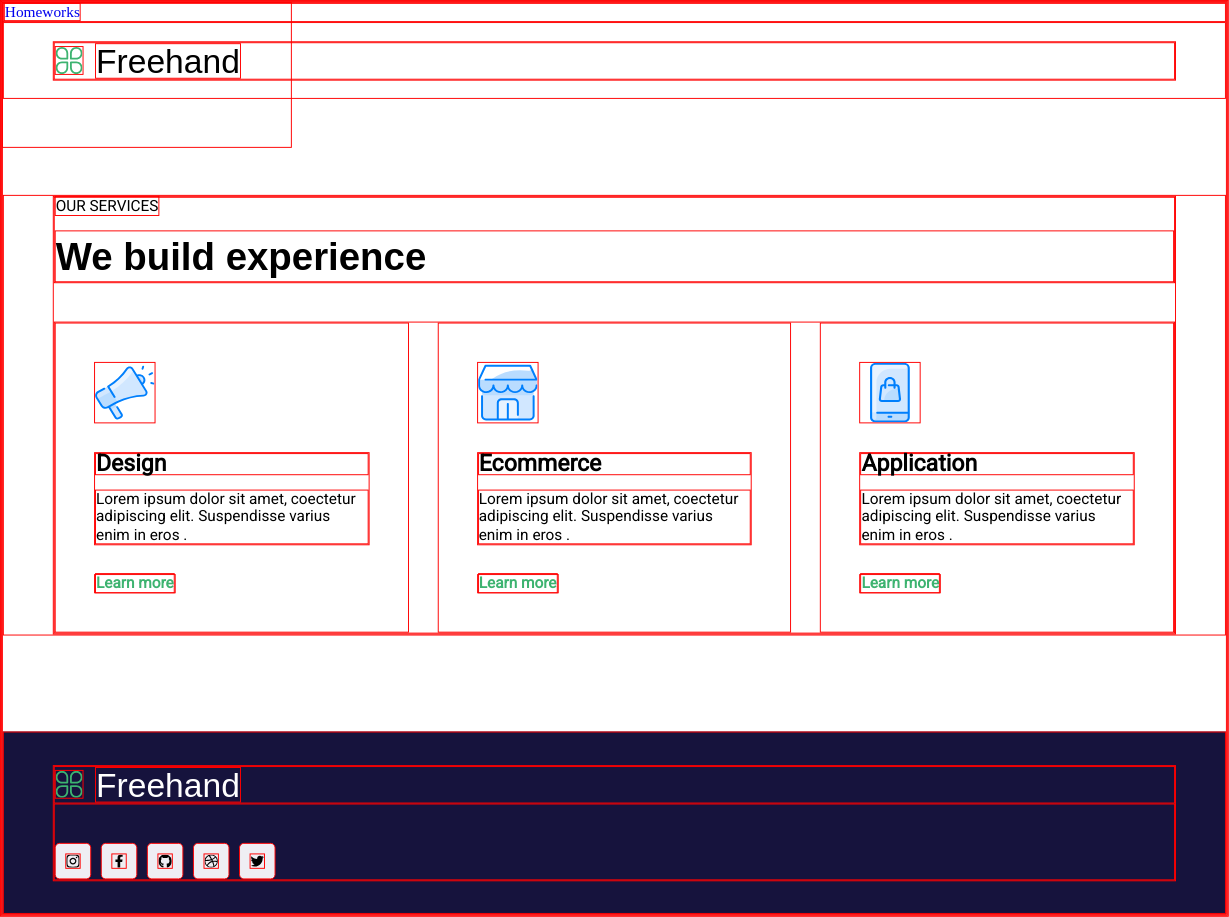
Repository: Tsiniavska/beetroot-test-project
Page: Homeworks/svg/index.html
The author's editor kept a copy of each file at every save. The page is drawn from the files as they stood at one save, then again after the next save.
The browser window is 1280 px wide. The pictures show the whole page, at 96% of full size.
Some web fonts or font styles are not loaded; a fallback is used.

Above is the page before, as saved 2024-02-28 22:54:27.

After the next save:
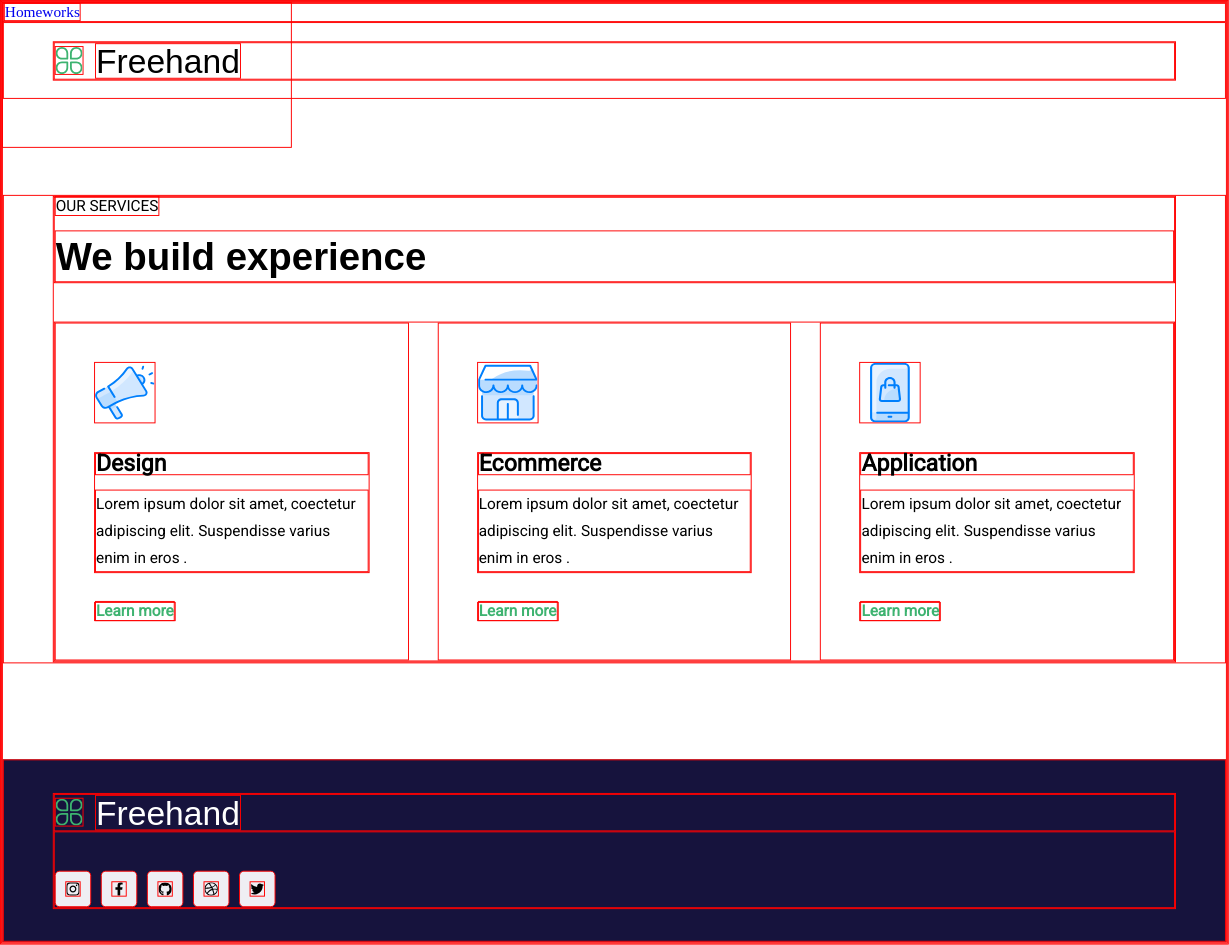
Saved 65 s later.
--- a/Homeworks/svg/index.css
+++ b/Homeworks/svg/index.css
@@ -68,6 +68,7 @@
 
 .content-blocks-item-text {
   font-family: var(--f-text);
+  line-height: 28px;
 }
 
 .content-blocks-item-title {
